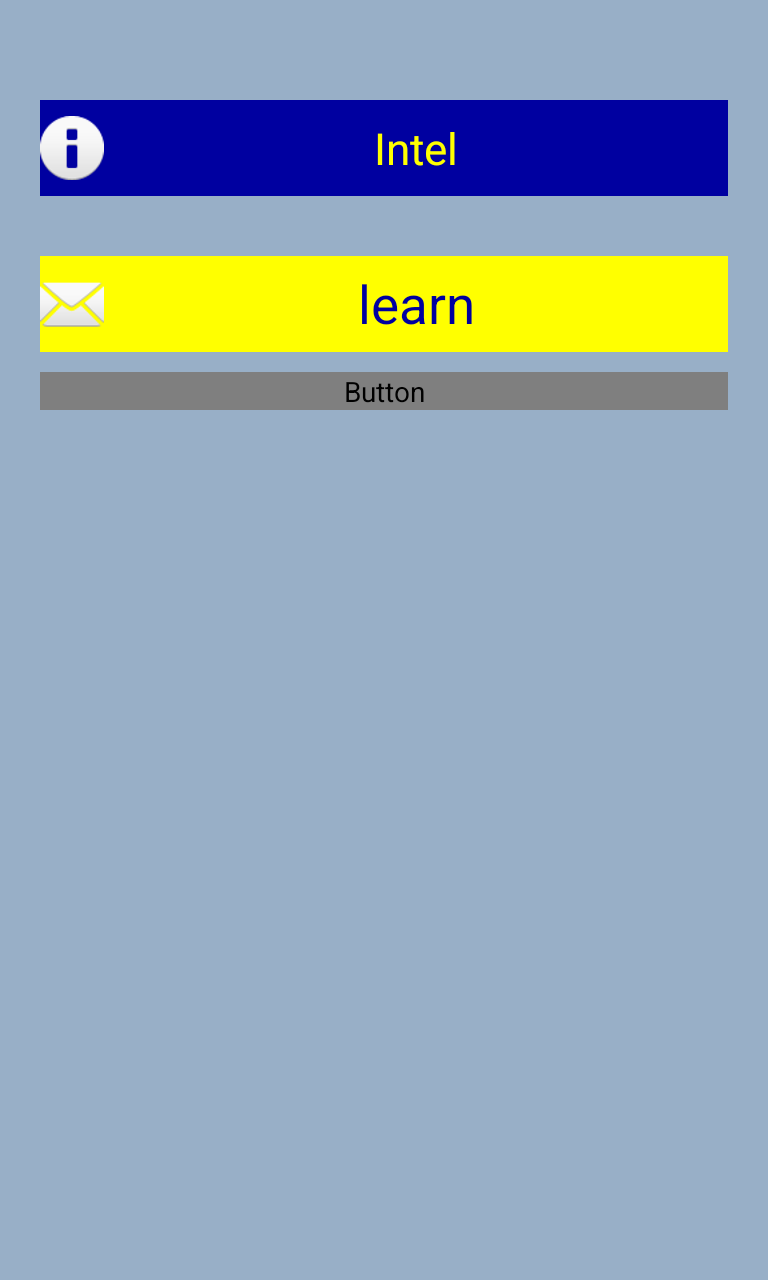
Repository: njiiriJohnii/Android-projects
Layout: mCampus/res/layout/activity_main.xml
The author's editor kept a copy of each file at every save. The layout is drawn from the files as they stood at one save, then again after the next save.
Pictures or frames that could not be fetched are drawn as grey boxes. It is drawn on a 768 x 1280 px phone screen (xhdpi) without system bars, with theme AppTheme; the app's code is not run. The app's manifest (not shown) leaves right-to-left support off. So textAlignment, textDirection and layoutDirection are ignored, and left and right values win over start and end ones.

Above is the layout before, as saved 2014-05-27 12:31:08.

### mCampus/res/layout/activity_main.xml

<LinearLayout  xmlns:android="http://schemas.android.com/apk/res/android"
    android:layout_width="fill_parent"
    android:layout_height="fill_parent"
    android:orientation="vertical"
    android:background="#98AFC7">
    <Button
        android:layout_width="fill_parent"
        android:layout_height="wrap_content"
        android:text="Intel"
        android:layout_marginTop="50dp"
        android:textColor="#FFFF00"
        android:textSize="10pt"
        android:layout_marginRight="20dp"
        android:layout_marginLeft="20dp"
        android:background="#0000A0"
        android:drawableLeft="@android:drawable/ic_dialog_info"
        />
    <Button
        android:layout_width="fill_parent"
        android:layout_height="wrap_content"
        android:text="learn"
        android:layout_marginTop="30dp"
        android:textColor="#0000A0"
        android:textSize="12pt"
        android:layout_marginRight="20dp"
          android:layout_marginLeft="20dp"
        android:background="#FFFF00"
        android:drawableStart="@android:drawable/ic_dialog_email"
        />
       <Button
        android:layout_width="fill_parent"
        android:layout_height="wrap_content"
        android:text="learn"
        android:layout_marginTop="10dp"
        android:textColor="green"
        android:textSize="12pt"
        android:layout_marginRight="20dp"
          android:layout_marginLeft="20dp"
        android:background="#FFFF00"
        android:drawableStart="@android:drawable/ic_dialog_email"
        />


</LinearLayout>

Loaded but not shown: mCampus/res/values/styles.xml (common file); mCampus/res/values-v11/styles.xml (common file); mCampus/res/values-v14/styles.xml (common file)

After the next save:
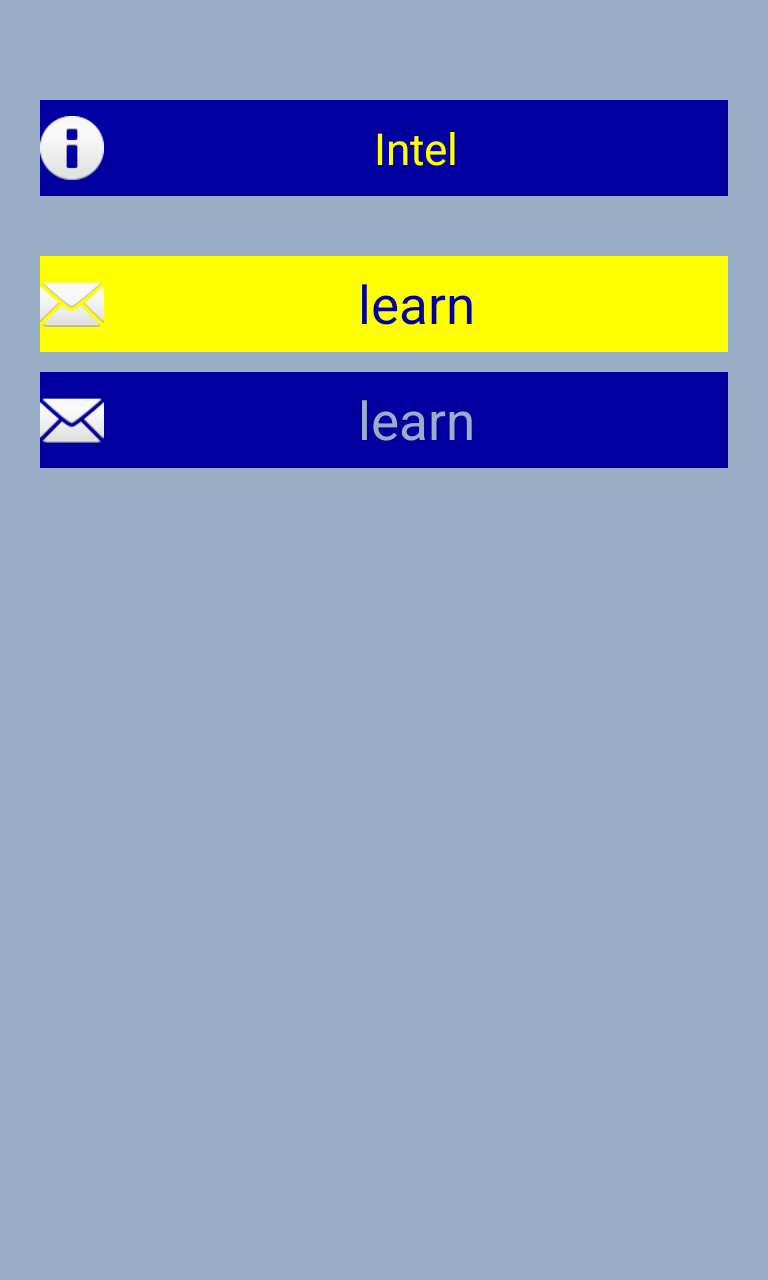
Saved 48 s later.
--- a/mCampus/res/layout/activity_main.xml
+++ b/mCampus/res/layout/activity_main.xml
@@ -33,11 +33,11 @@
         android:layout_height="wrap_content"
         android:text="learn"
         android:layout_marginTop="10dp"
-        android:textColor="green"
+        android:textColor="#98AFC7"
         android:textSize="12pt"
         android:layout_marginRight="20dp"
           android:layout_marginLeft="20dp"
-        android:background="#FFFF00"
+        android:background="#0000A0"
         android:drawableStart="@android:drawable/ic_dialog_email"
         />
 
